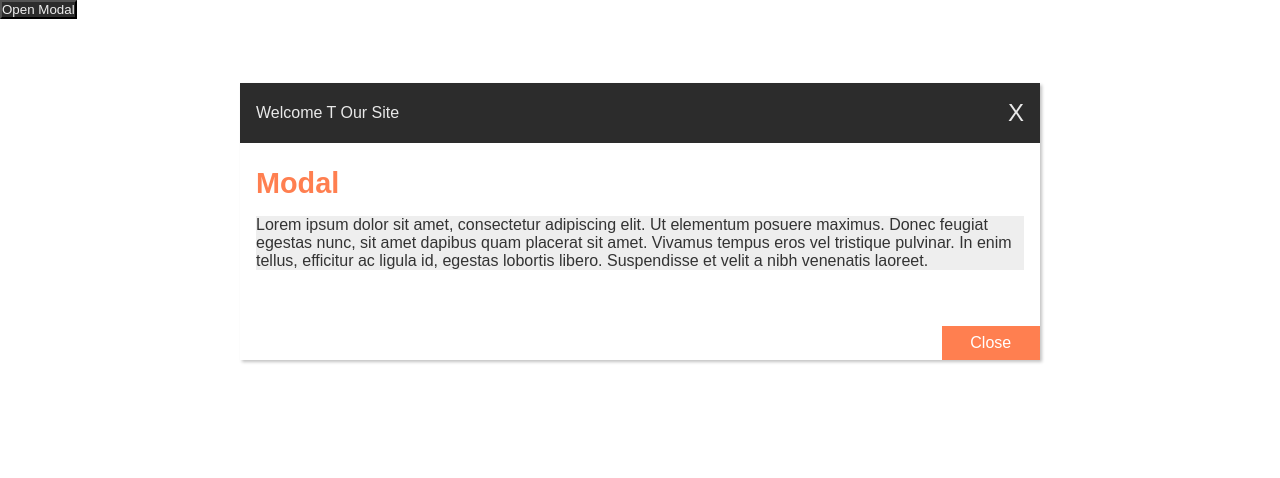
Repository: KrzysKolo/sr_tydzien5_zad1
Page: /
The author's editor kept a copy of each file at every save. The page is drawn from the files as they stood at one save, then again after the next save.
The browser window is 1280 px wide. The pictures show the whole page.
The project was rebuilt for these pictures with package versions that can differ from the ones it lists, and the page was loaded fresh each time.

Above is the page before, as saved 2020-12-18 13:59:15.

### src/App.js
import React from 'react';
import Modal from './components/modal/Modal';
import './App.css';

function App() {
  return (
    <div className="App">
     <button className="btn-openModal">Open Modal</button>
     <Modal />
    </div>
  );
}

export default App;

### src/components/modal/Modal.js
import React from 'react';
import { ModalHeader, ModalSection, ModalFooter } from './modalComponents/';
import './Modal.css';

const Modal = () => {
    return (
        <main className="modal-wrapper">
            <ModalHeader />
            <ModalSection />
            <ModalFooter />
        </main>
    )
}

export default Modal;

### src/App.css
.btn-openModal {
  background-color: #2c2c2c;
  color: #eee;
}

### src/components/modal/modalComponents/index.js
export { default as ModalHeader } from './ModalHeder';
export { default as ModalSection } from './ModalSection';
export { default as ModalFooter } from './ModalFooter';

### src/components/modal/Modal.css
* {
  margin: 0;
  padding: 0;
  box-sizing: border-box;
}
body {
  font-family: Arial, Helvetica, sans-serif;
}
.modal-wrapper {
  background-color: #fff;
  width: 80%;
  max-width: 800px;
  margin: 4rem auto;
  box-shadow: 2px 2px 3px #c3c3c3;
}
.modal-header {
  background-color: #2c2c2c;
  color: #e9e9e9;
  padding: 1rem;
  display: flex;
  align-items: center;
  justify-content: space-between;
}
.modal-header span {
  font-size: 1.5rem;
  cursor: pointer;
}
.modal-content {
  padding: 1.5rem 1rem;
}
.modal-body {
  margin-bottom: 1rem;
}
.modal-body h4 {
  font-size: 1.8rem;
  color: coral;
}
.modal-body p {
  font-size: 1rem;
  background-color: #eee;
  color: #333;
  margin: 1rem 0 2rem 0;
}
.modal-footer button {
  display: block;
  font-size: 1rem;
  margin-left: auto;
  padding: 0.5rem 1.8rem;
  background-color: coral;
  color: #fff;
  cursor: pointer;
  border: none;
  outline: none;
}

### src/components/modal/modalComponents/ModalHeder.js
import React from 'react';

const ModalHeder = () => {
    return (
        <header className="modal-header">
            <p>Welcome T Our Site</p>
            <span className="close-modal-btn">X</span>
        </header>
    )
}

export default ModalHeder;

### src/components/modal/modalComponents/ModalSection.js
import React from 'react';

const ModalSection = () => {
    return (
        <section className="modal-content">
            <div className="modal-body">
                <h4>Modal</h4>
                <p>
                Lorem ipsum dolor sit amet, consectetur adipiscing elit. Ut elementum posuere maximus. Donec feugiat egestas nunc, sit amet dapibus quam placerat sit amet. Vivamus tempus eros vel tristique pulvinar. In enim tellus, efficitur ac ligula id, egestas lobortis libero. Suspendisse et velit a nibh venenatis laoreet.
                </p>
            </div>
        </section>
    )
}

export default ModalSection;

### src/components/modal/modalComponents/ModalFooter.js
import React from 'react';

const ModalFooter = () => {
    return (
        <footer className="modal-footer">
            <button className="btn-cancel">Close</button>
        </footer>
    )
}

export default ModalFooter;

Loaded but not shown: public/index.html (common file); src/index.js (common file); src/index.css (common file)

After the next save:
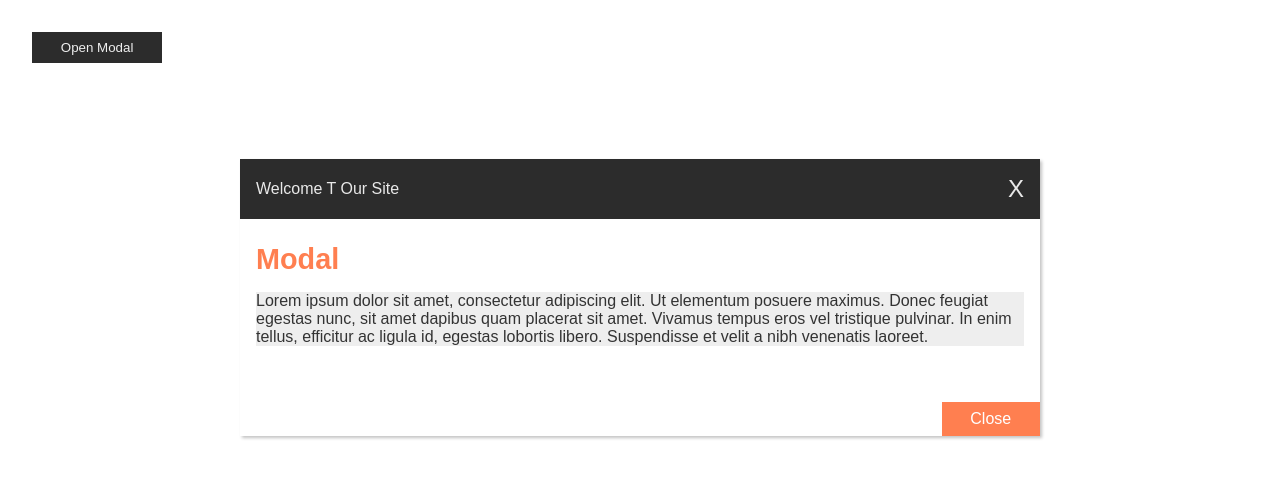
Saved 89 s later.
--- a/src/App.css
+++ b/src/App.css
@@ -1,4 +1,9 @@
 .btn-openModal {
   background-color: #2c2c2c;
   color: #eee;
+  margin: 2rem;
+  padding: 0.5rem 1.8rem;
+  border: none;
+  outline: none;
+  cursor: pointer;
 }
